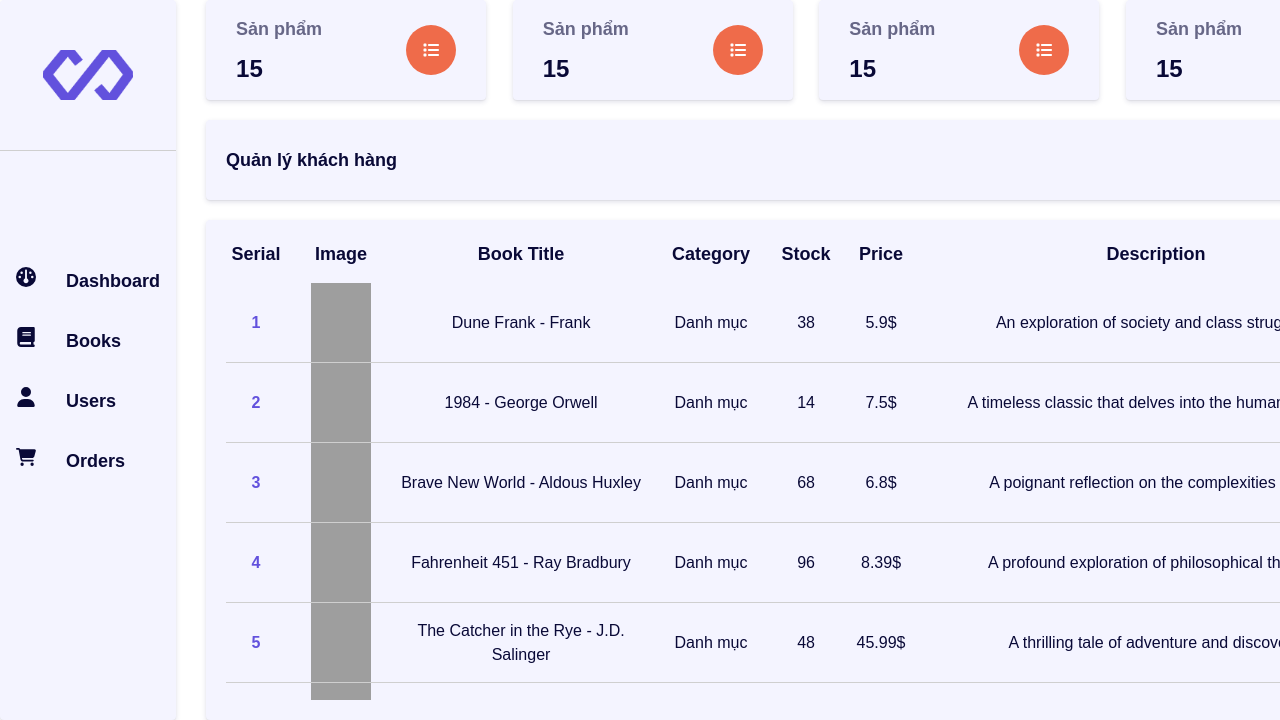
Repository: kauittt/BookStore_FE
Page: / (app in book-store/)
The author's editor kept a copy of each file at every save. The page is drawn from the files as they stood at one save, then again after the next save.
The browser window is 1280 px wide. The pictures show the whole page.
Pictures or frames that could not be fetched are drawn as grey boxes. An inner scrolling area shows only its first screen. The project was rebuilt for these pictures with package versions that can differ from the ones it lists, and the page was loaded fresh each time. Also part of the build but not shown: book-store/vite.config.js, book-store/src/components/elements/FormInput.jsx, book-store/src/components/login-signup/Login.jsx, book-store/src/components/book/BookItem.jsx, book-store/src/components/book/BookList.jsx, book-store/src/components/elements/BackNavigation.jsx, book-store/src/components/book/BookDetail.jsx, book-store/src/components/cart/QuantitySelector.jsx and 4 more.

Above is the page before, as saved 2024-07-20 12:40:45.

After the next save:
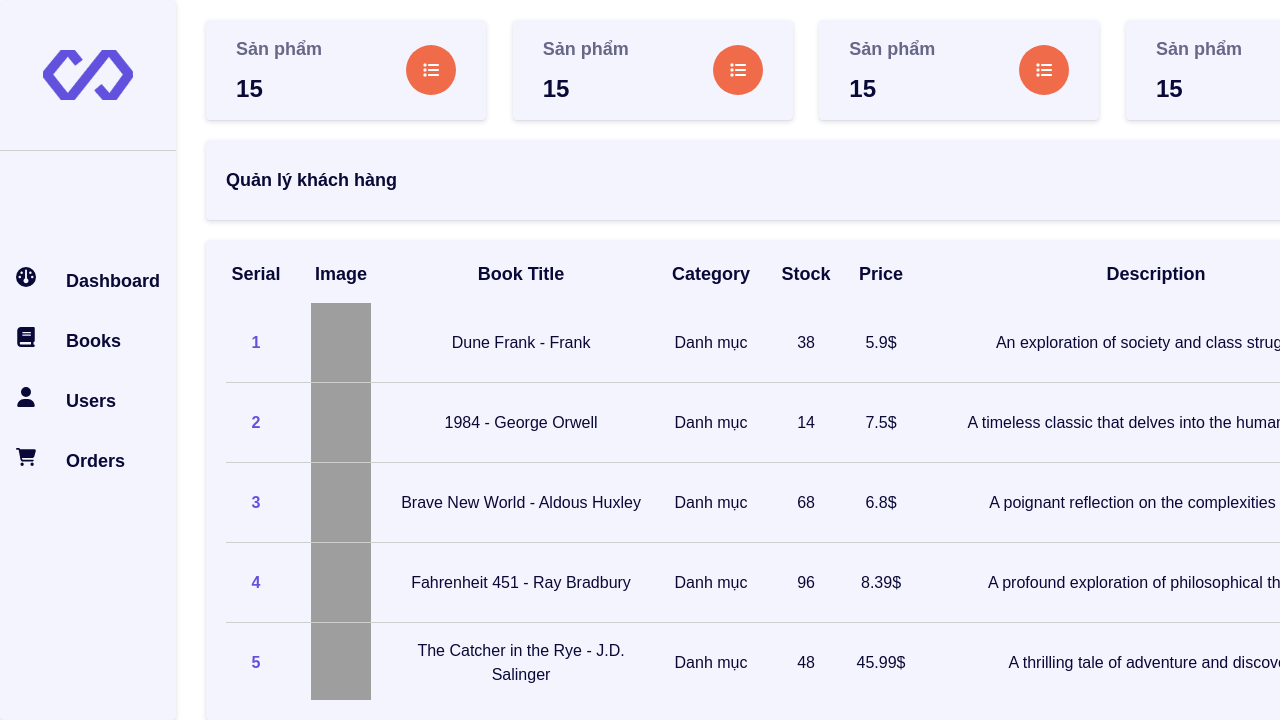
Saved 22 s later.
--- a/book-store/src/components/admin/AdminPage.jsx
+++ b/book-store/src/components/admin/AdminPage.jsx
@@ -23,7 +23,7 @@ const AdminPage = (props) => {
             <AdminNav></AdminNav>
 
             {/*//* Right  */}
-            <div className="flex flex-col gap-[20px] ">
+            <div className="flex flex-col gap-[20px] pt-[20px] pr-[20px]">
                 <div className="flex justify-between items-center ">
                     <Card name="Sản phẩm" quantity={15} icon={faList}></Card>
                     <Card name="Sản phẩm" quantity={15} icon={faList}></Card>
